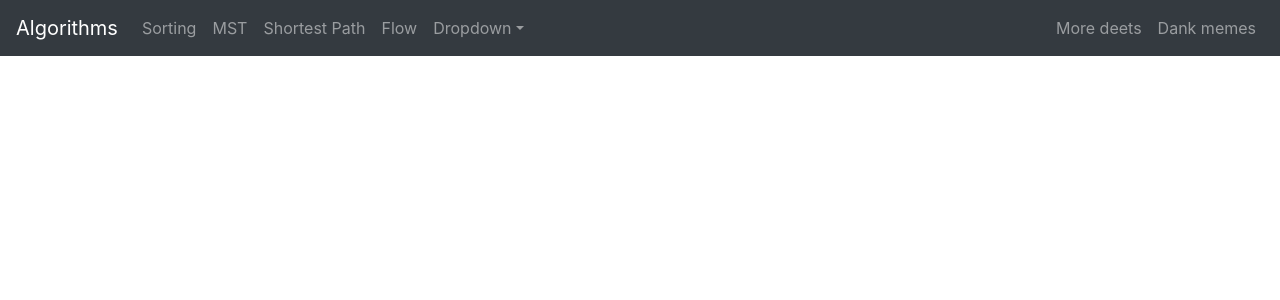
Repository: dkasima1/Algorithm-Visualizations
Page: /
The author's editor kept a copy of each file at every save. The page is drawn from the files as they stood at one save, then again after the next save.
The browser window is 1280 px wide. The pictures show the whole page.
The project was rebuilt for these pictures with package versions that can differ from the ones it lists, and the page was loaded fresh each time.

Above is the page before, as saved 2020-06-22 13:18:38.

### src/App.js
import React from 'react';
import { BrowserRouter as Router, Route, Switch } from 'react-router-dom';
import NavigationBar from './components/NavigationBar'
import 'bootstrap/dist/css/bootstrap.min.css';

function App() {
  return (
    <NavigationBar />
  );
}

export default App;

### src/components/NavigationBar.js
import React from 'react';
import { Navbar, Nav, NavDropdown} from 'react-bootstrap';

function NavigationBar() {
    return (
        <div>
            <Navbar collapseOnSelect expand="lg" bg="dark" variant="dark">
                <Navbar.Brand href="#home">Algorithms</Navbar.Brand>
                <Navbar.Toggle aria-controls="responsive-navbar-nav" />
                <Navbar.Collapse id="responsive-navbar-nav">
                    <Nav className="mr-auto">
                    <Nav.Link href="#features">Sorting</Nav.Link>
                    <Nav.Link href="#pricing">MST</Nav.Link>
                    <Nav.Link href="#pricing">Shortest Path</Nav.Link>
                    <Nav.Link href="#pricing">Flow</Nav.Link>
                    <NavDropdown title="Dropdown" id="collasible-nav-dropdown">
                        <NavDropdown.Item href="#action/3.1">Action</NavDropdown.Item>
                        <NavDropdown.Item href="#action/3.2">Another action</NavDropdown.Item>
                        <NavDropdown.Item href="#action/3.3">Something</NavDropdown.Item>
                        <NavDropdown.Divider />
                        <NavDropdown.Item href="#action/3.4">Separated link</NavDropdown.Item>
                    </NavDropdown>
                    </Nav>
                    <Nav>
                    <Nav.Link href="#deets">More deets</Nav.Link>
                    <Nav.Link eventKey={2} href="#memes">
                        Dank memes
                    </Nav.Link>
                    </Nav>
                </Navbar.Collapse>
            </Navbar>
        </div>
    )
}

export default NavigationBar;

Loaded but not shown: public/index.html (common file); src/index.js (common file); src/index.css (common file); src/serviceWorker.js (common file)

After the next save:
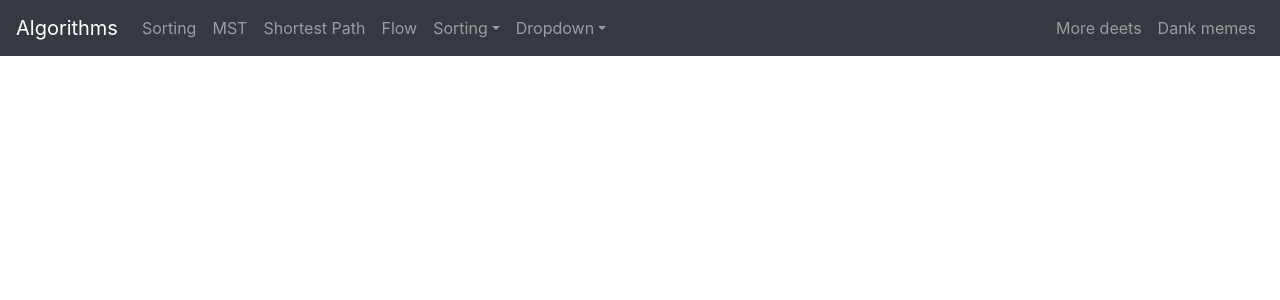
Saved 81 s later.
--- a/src/components/NavigationBar.js
+++ b/src/components/NavigationBar.js
@@ -13,6 +13,14 @@ function NavigationBar() {
                     <Nav.Link href="#pricing">MST</Nav.Link>
                     <Nav.Link href="#pricing">Shortest Path</Nav.Link>
                     <Nav.Link href="#pricing">Flow</Nav.Link>
+                    <NavDropdown title="Sorting" id="collasible-nav-dropdown">
+                        <NavDropdown.Item href="#action/3.1">Bubble Sort</NavDropdown.Item>
+                        <NavDropdown.Item href="#action/3.2">Selection Sort</NavDropdown.Item>
+                        <NavDropdown.Item href="#action/3.3">Insertion Sort</NavDropdown.Item>
+                        <NavDropdown.Divider />
+                        <NavDropdown.Item href="#action/3.4">Merge Sort</NavDropdown.Item>
+                        <NavDropdown.Item href="#action/3.3">Quick Sort</NavDropdown.Item>
+                    </NavDropdown>
                     <NavDropdown title="Dropdown" id="collasible-nav-dropdown">
                         <NavDropdown.Item href="#action/3.1">Action</NavDropdown.Item>
                         <NavDropdown.Item href="#action/3.2">Another action</NavDropdown.Item>
